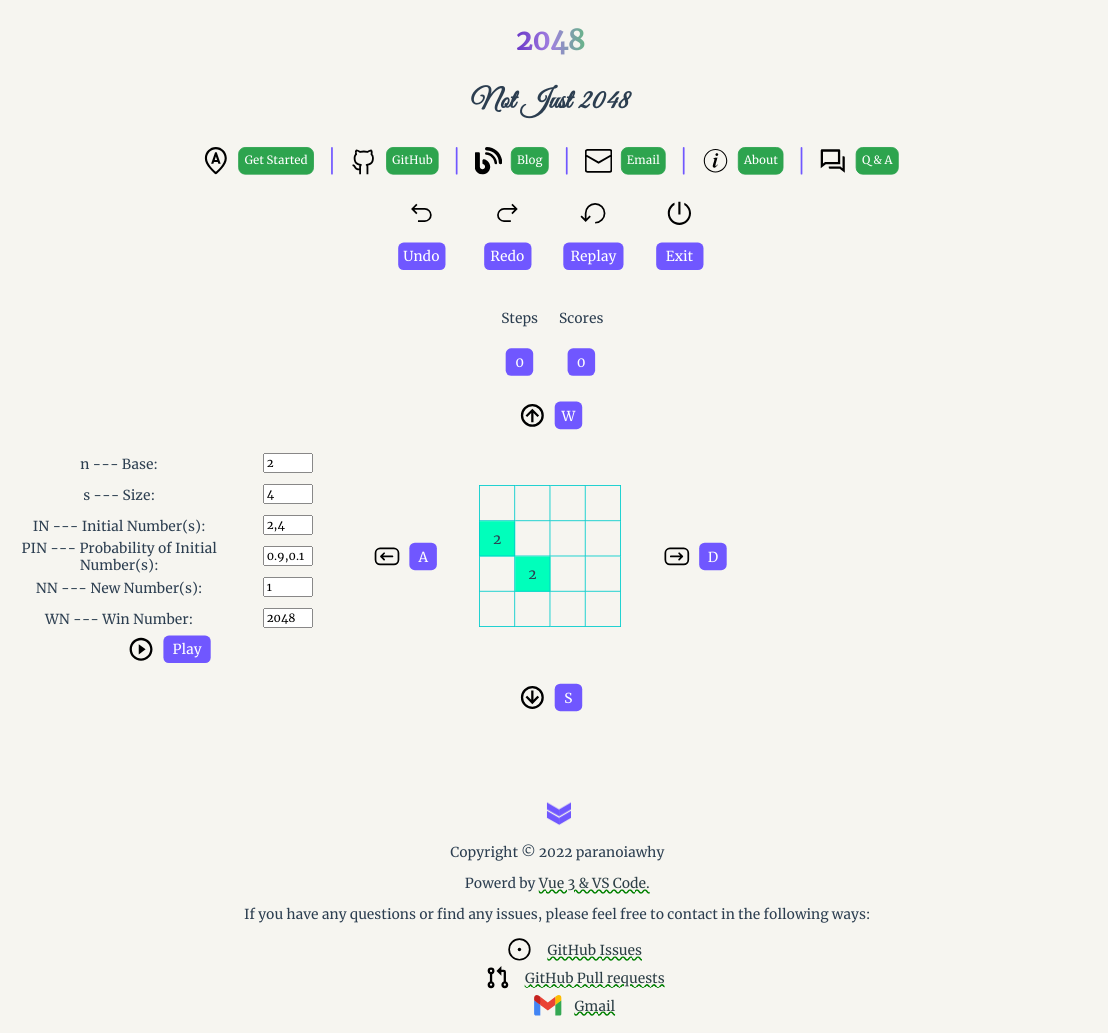
Repository: 321paranoiawhy/2048
Page: /
These files come from the project's save history. The page is drawn as it stood at one moment and after the next save; the edit follows.
The browser window is 1280 px wide. The page is 1288 px wide, so the pictures cover 1288 px, including what lies to the right of the window. The pictures show the whole page, at 86% of full size.
The project was rebuilt for these pictures with package versions that can differ from the ones it lists, and the page was loaded fresh each time. Also part of the build but not shown: vue.config.js.

Above is the page before, as saved 2022-04-29 21:52:21.

### src/App.vue
<template>
    <router-view />
</template>

<style lang="scss">
// 字体
@font-face {
    font-family: Merriweather-Regular;
    src: url(/src/assets/fonts/Merriweather-Regular.ttf);
}
#app {
    font-family: Merriweather-Regular;
    -webkit-font-smoothing: antialiased;
    -moz-osx-font-smoothing: grayscale;
    text-align: center;
    color: #2c3e50;
}
// 网页背景色 https://manuelmoreale.com/
html {
    background-color: #f6f5f0;
    scroll-behavior: smooth;
}
nav {
    padding: 30px;

    a {
        font-weight: bold;
        color: #2c3e50;

        &.router-link-exact-active {
            color: #42b983;
        }
    }
}
</style>

### src/components/footer.vue
<template>
    <!-- https://www.rapidtables.com/web/html/html-codes/html-code-copyright.html -->
    <!-- &copy; -->
    <!-- &#9400; -->
    <footer>
        <div class="container">
            <div class="chevron"></div>
            <div class="chevron"></div>
            <div class="chevron"></div>
        </div>
        <!-- <img
            src="../assets/images/IcRoundKeyboardDoubleArrowDown.svg"
            alt="DoubleArrowDown"
            class="double-arrow-down"
        /> -->
        <p>Copyright &copy; 2022 paranoiawhy</p>
        <p>Powerd by <a>Vue 3 & VS Code.</a></p>
        <p>
            If you have any questions or find any issues, please feel free to
            contact in the following ways:
        </p>
        <ul>
            <li>
                <img src="../assets/images/CodiconIssues.svg" alt="" />
                <a
                    href="https://github.com/321paranoiawhy/2048-Vue/issues"
                    target="_blank"
                    >GitHub Issues
                </a>
            </li>
            <li>
                <img src="../assets/images/MdiSourcePull.svg" alt="" />
                <a
                    href="https://github.com/321paranoiawhy/2048-Vue/pulls"
                    target="_blank"
                    >GitHub Pull requests
                </a>
            </li>
            <li>
                <img src="../assets/images/LogosGoogleGmail.svg" alt="" />
                <a href="mailto:paranoiawhy@gmail.com">Gmail</a>
            </li>
        </ul>
    </footer>
</template>

<script>
export default {
    name: "Footer",
};
</script>

<style lang="scss">
// 定义图标尺寸
$width-height: 32px;
// 文字波浪下划线 https://developer.mozilla.org/zh-CN/docs/Web/CSS/text-decoration
footer a {
    text-decoration: green wavy underline;
    color: #2c3e45;
}
footer {
    // display: flex;
    // justify-content: center;
    // align-items: center;
    position: absolute;
    width: 100%;

    margin-top: 80px;
    & .double-arrow-down {
        width: 50px;
        height: 50px;
    }
    & ul {
        width: fit-content;
        margin-left: auto;
        margin-right: auto;
        & li {
            display: flex;
            justify-content: center;
            align-items: center;
            & img {
                width: $width-height;
                height: $width-height;
                margin-right: 15px;
            }
        }
    }
    & .container {
        position: relative;
        width: 24px;
        height: 24px;
        margin: 0 auto 50px;
    }
}

.chevron {
    position: absolute;
    width: 28px;
    height: 8px;
    opacity: 0;
    transform: scale3d(0.5, 0.5, 0.5);
    animation: move 3s ease-out infinite;
}

.chevron:first-child {
    animation: move 3s ease-out 1s infinite;
}

.chevron:nth-child(2) {
    animation: move 3s ease-out 2s infinite;
}

.chevron:before,
.chevron:after {
    content: " ";
    position: absolute;
    top: 0;
    height: 100%;
    width: 51%;
    background: #7057ff;
}

.chevron:before {
    left: 0;
    transform: skew(0deg, 30deg);
}

.chevron:after {
    right: 0;
    width: 50%;
    transform: skew(0deg, -30deg);
}

@keyframes move {
    25% {
        opacity: 1;
    }
    33% {
        opacity: 1;
        transform: translateY(30px);
    }
    67% {
        opacity: 1;
        transform: translateY(40px);
    }
    100% {
        opacity: 0;
        transform: translateY(55px) scale3d(0.5, 0.5, 0.5);
    }
}
</style>

Loaded but not shown: public/index.html (common file); src/main.js (common file); src/store/index.js (common file); src/router/index.js (41 lines, source omitted); src/views/HomeView.vue (1187 lines, source omitted)

After the next save:
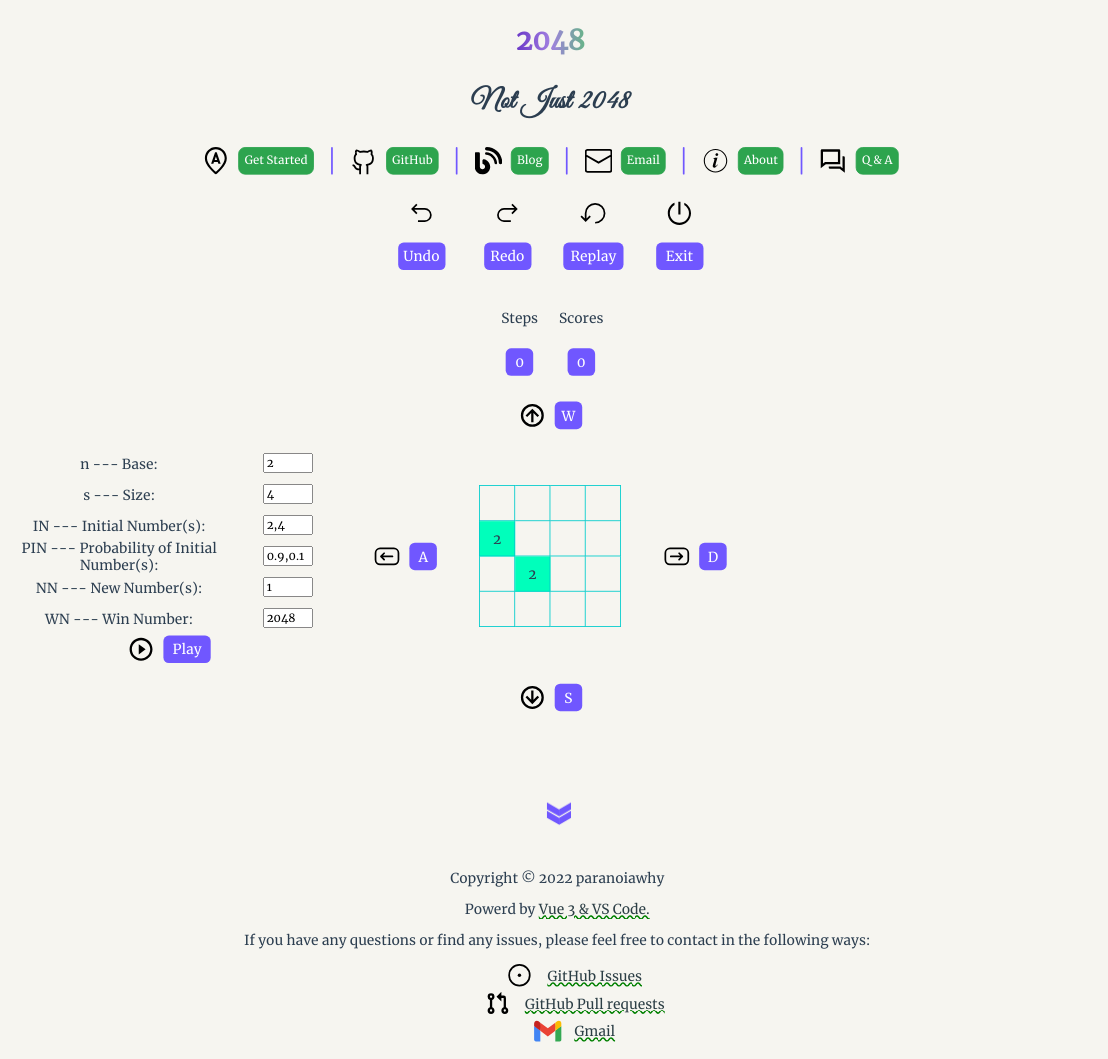
Saved 13 s later.
--- a/src/components/footer.vue
+++ b/src/components/footer.vue
@@ -89,7 +89,7 @@ footer {
         position: relative;
         width: 24px;
         height: 24px;
-        margin: 0 auto 50px;
+        margin: 0 auto 80px;
     }
 }
 
